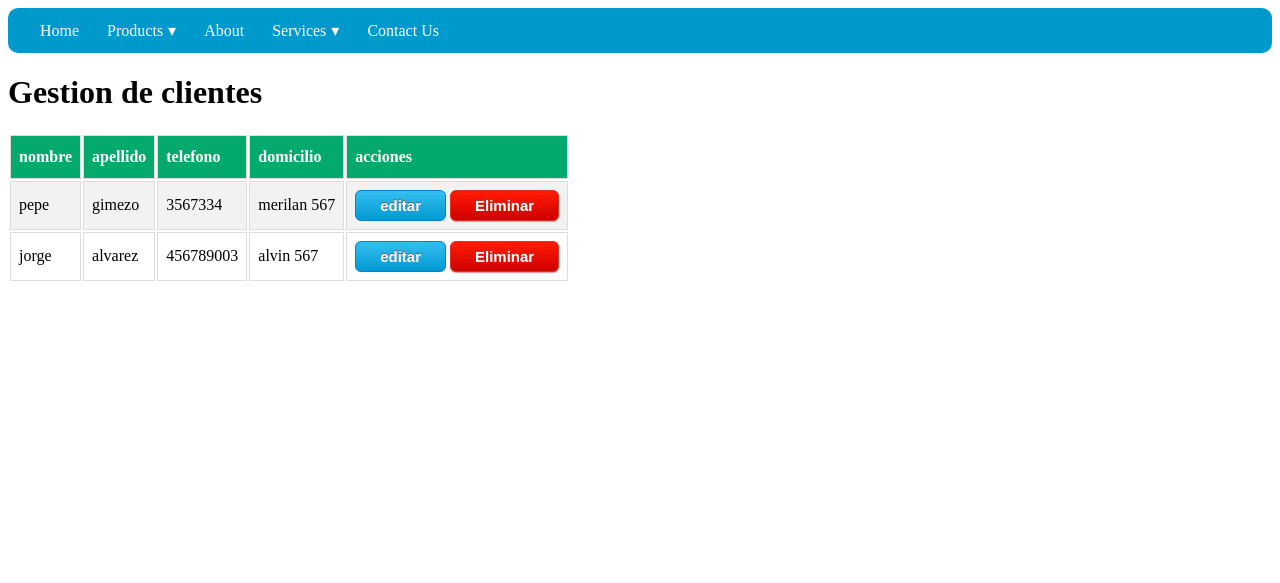
Repository: geraldine-ventura/Practicando.net
Page: index 2.html
These files come from the project's save history. The page is drawn as it stood at one moment and after the next save; the edit follows.
The browser window is 1280 px wide. The pictures show the whole page.

Above is the page before, as saved 2022-12-20 12:12:25.

After the next save:
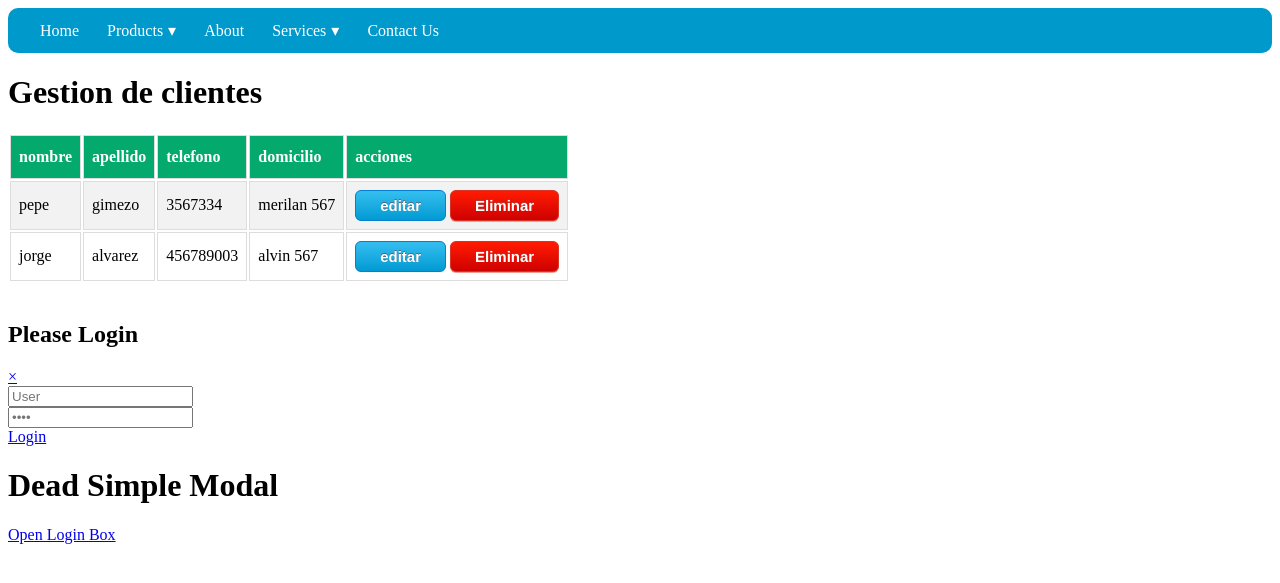
Saved 9 min 52 s later.
--- a/index 2.html
+++ b/index 2.html
@@ -58,3 +58,24 @@
     </tr>
 </table>
 <br/>
+<!-- Modal -->
+<div class="modale" aria-hidden="true">
+    <div class="modal-dialog">
+      <div class="modal-header">
+        <h2>Please Login</h2>
+        <a href="#" class="btn-close closemodale" aria-hidden="true">&times;</a>
+      </div>
+      <div class="modal-body">
+        <input type="text" name="u" placeholder="User" size="20" /><br>
+        <input type="text" name="p" placeholder="&bull;&bull;&bull;&bull;" size="20" /></div>
+      <div class="modal-footer">
+
+
+        <a href="#" class="btn" id="btn_ingresar">Login</a>
+      </div>
+    </div>
+  </div>
+  <!-- /Modal -->
+
+    <h1>Dead Simple Modal</h1>
+    <p><a href="#" class="btn btn-big openmodale">Open Login Box</a></p>
